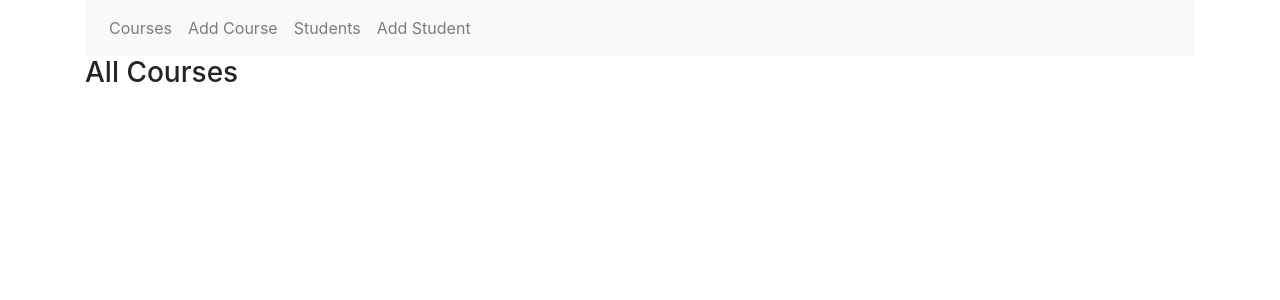
Repository: pyaephyotint22/Maven-Student-Course
Page: http://localhost/06-EL-JSTL/
The author's editor kept a copy of each file at every save. The page is drawn from the files as they stood at one save, then again after the next save.
The browser window is 1280 px wide. The pictures show the whole page.
The page is served by Tomcat 9.

Above is the page before, as saved 2020-12-20 11:28:20.

After the next save:
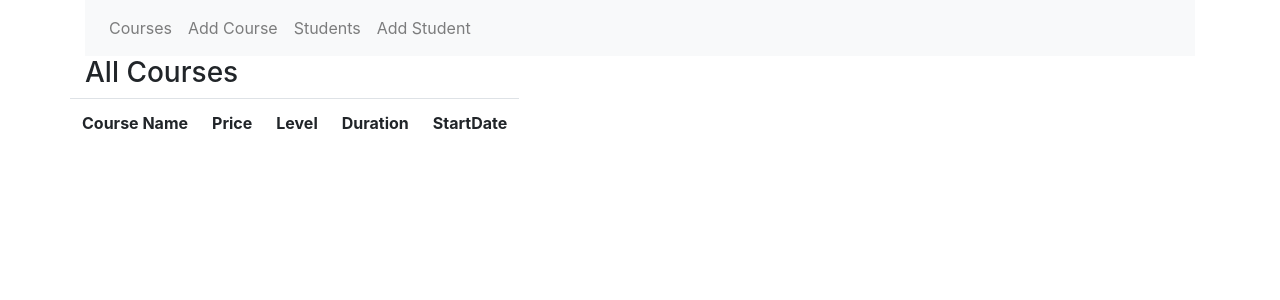
Saved 11 min 37 s later.
--- a/06-EL-JSTL/src/main/webapp/index.jsp
+++ b/06-EL-JSTL/src/main/webapp/index.jsp
@@ -14,6 +14,23 @@
 				<h3>All Courses</h3>
 			</div>
 		</div>
+		<div class="row">
+			<div class="rol">
+			 <table class="table">
+			 	<tr>
+			 			<th>Course Name</th>
+			 			<th>Price</th>
+			 			<th>Level</th>
+			 			<th>Duration</th>
+			 			<th>StartDate</th>
+
+
+			 	</tr>
+			 </table>
+
+			</div>
+
+		</div>
 	</div>
 </body>
 </html>
